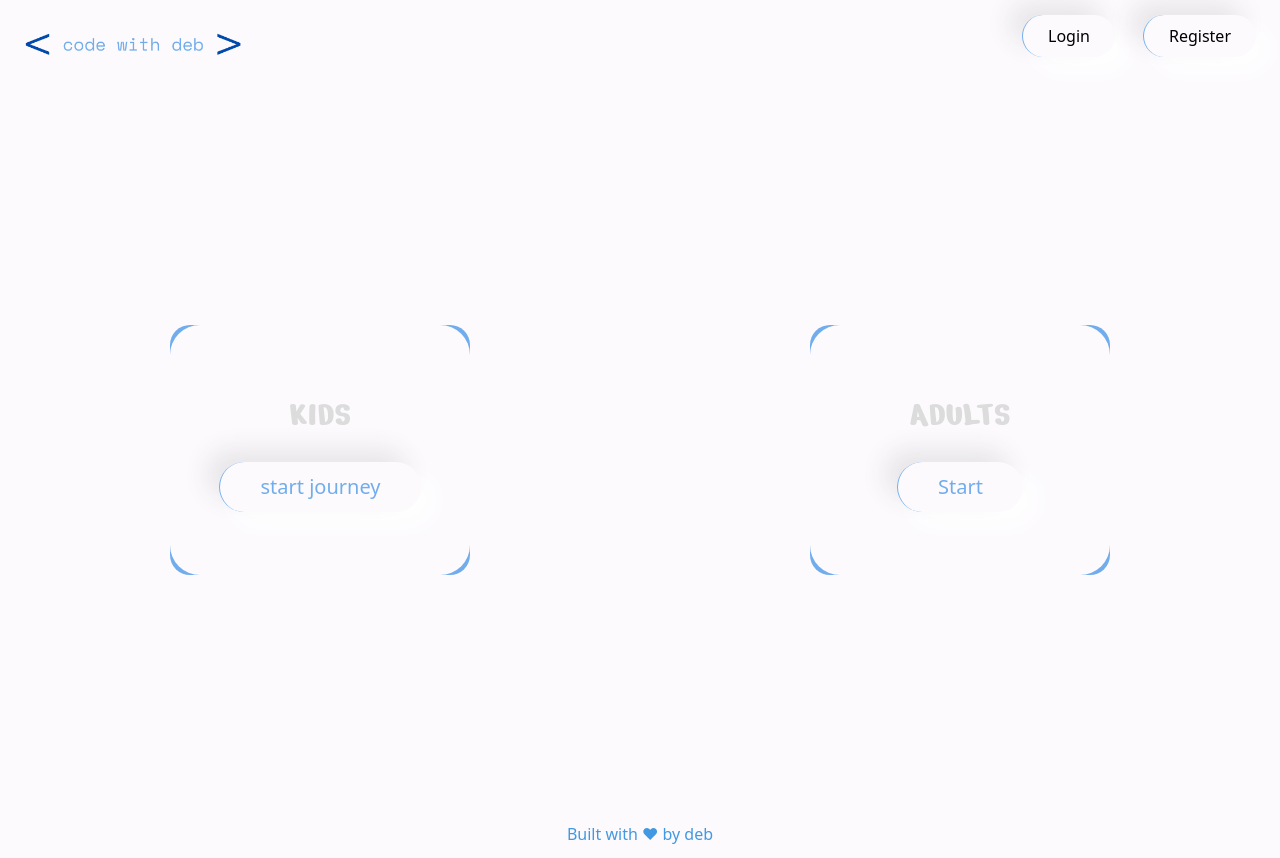
Repository: latenightsnacc/codewithdeb
Page: index.html
The author's editor kept a copy of each file at every save. The page is drawn from the files as they stood at one save, then again after the next save.
The browser window is 1280 px wide. The pictures show the whole page.
The style sheet was rebuilt from its Sass, Less or Tailwind sources for each picture, by a compiler version that may differ from the author's.

Above is the page before, as saved 2020-11-25 17:49:41.

### index.html
<!DOCTYPE html>
<html lang="en">
<head>
    <meta charset="UTF-8">
    <meta name="viewport" content="width=device-width, initial-scale=1.0">
    <!--Tailwind CDN-->
    <link rel="stylesheet" href="https://cdnjs.cloudflare.com/ajax/libs/tailwindcss/1.9.6/base.min.css" integrity="sha512-hEjkvMSM0ql6VJcNK0gTmjt9ar8F2yHeBUbJKtyvQhkkbGMhiJ4+MaiB8XxsthLAHJx5vy2I9dN0un8HiWG2LA==" crossorigin="anonymous" />
    <link rel="stylesheet" href="https://cdnjs.cloudflare.com/ajax/libs/tailwindcss/1.9.6/components.min.css" integrity="sha512-TizAONqhvXjEfRPhptSUkZNVU497PzAnXNGNUoeOjeni4dHpJ+ak+ZsyoGna20LH/yg1PvdufN1VbnVQeVDftg==" crossorigin="anonymous" />
    <link rel="stylesheet" href="https://cdnjs.cloudflare.com/ajax/libs/tailwindcss/1.9.6/tailwind.css" integrity="sha512-HY1FOTeAX9idUBWDhVDrBg8QUHBisKVQ4BCVj1jFo5z76mk87w4Rr5YGP8nBkcGmoMzqYvdeXHMOg/olF45z3g==" crossorigin="anonymous" />
    <link rel="stylesheet" href="https://cdnjs.cloudflare.com/ajax/libs/tailwindcss/1.9.6/utilities.min.css" integrity="sha512-0QJfuLKyYJWGB5hKArJW67xqMLDlR8YaLM/ZuW2mRn4NRwHNsGm7UuREc5Fu7jONHyewPKnGODY0N8G+FQbfxg==" crossorigin="anonymous" />
    <link rel="stylesheet" href="styling/stylesheet.css">
    <title>Welcome to Code with Deb</title>
</head>
<body class="overflow-x-hidden light-bg">
    <!--Header-->
    <nav class="container">
        <div class="nav  w-full flex flex-row justify-between p-5">
            <!--Logo-->
            <a href="index.html" class="logo">
                <img src="assets/logo/codewithdebSm.png" alt="code with deb logo">
            </a>
            <ul class="menu flex flex-row">
                <li class="nav-item m-1">
                    <a href="login.html" class="nav-link">Login</a>
                </li>
                <li class="nav-item m-1">
                    <a href="login.html" class="nav-link">Register</a>
                </li>
            </ul>
        </div>
    </nav>
    <!--End of Header-->

     <!--Content-->
    <main class="wrapper">
        <div class="container ">
            <div class="flex flex-row w-screen">
                <div class="w-1/2 h-screen flex items-center justify-center">
                    <div class="box">
                        <div class="door-shadow"></div>
                        <div class="door">
                            <h1 class="text-4xl">Kids</h1>
                            <a href="#" class="btn" >start journey</a>
                        </div>
                    </div>
                </div>
                <div class="w-1/2 h-screen flex items-center justify-center">
                    <div class="box">
                        <div class="door-shadow"></div>
                        <div class="door">
                            <h1 class="text-4xl">Adults</h1>
                            <a href="#" class="btn" >Start</a>
                        </div>
                    </div>
                </div>
            </div>
        </div>
    </main>
    <!--End of content-->

    <footer class="footer">
        <div class="container">
            <p class="text-center p-3 text-blue-500">Built with &hearts; by deb</p>
        </div>
    </footer>

    <!--Bootstrap Scripts-->
    <script src="https://code.jquery.com/jquery-3.5.1.slim.min.js" integrity="sha384-DfXdz2htPH0lsSSs5nCTpuj/zy4C+OGpamoFVy38MVBnE+IbbVYUew+OrCXaRkfj" crossorigin="anonymous"></script>
    <script src="https://cdn.jsdelivr.net/npm/popper.js@1.16.1/dist/umd/popper.min.js" integrity="sha384-9/reFTGAW83EW2RDu2S0VKaIzap3H66lZH81PoYlFhbGU+6BZp6G7niu735Sk7lN" crossorigin="anonymous"></script>
    <script src="https://cdn.jsdelivr.net/npm/bootstrap@4.5.3/dist/js/bootstrap.min.js" integrity="sha384-w1Q4orYjBQndcko6MimVbzY0tgp4pWB4lZ7lr30WKz0vr/aWKhXdBNmNb5D92v7s" crossorigin="anonymous"></script>
</body>
</html>

### styling/stylesheet.scss
@import 'variables';

.light-bg {
    background-color: $light;
}
.dark-bg {
    background-color: $dark;
}
.nav-link {
    padding: 10px 25px;
    box-shadow: $bsIn;
    margin-left: 20px;
    border-radius: 30px;
    border-left: 1px $blue solid;

    &:hover {
        transition-property: all;
        transform-style: preserve-3d;
        transition-duration: 500ms;
        border: 1px $blue solid;
    }
}
.logo {
    img {
        max-height: 50px;
    }
}
.box {
    position: relative;
}
.door, .door-shadow {
    width: 300px;
    height: 250px;
}
.door-shadow {
    background-color: $blue;
    position: absolute;
    z-index: -10;
    border-radius: 20px;

}
.door {

    border-radius: 30px;
    background-color: $light;
    z-index: 10;
    display: flex;
    align-items: center;
    justify-content: center;
    flex-direction: column;
    h1 {
        color: gainsboro;
        text-transform: uppercase;
        margin-bottom: 20px;
        font-family: $fontKids;
    }
    &:hover {
        h1 {
            color: black;
        }

        .door-shadow {
            background-color: $blue2;
        }
    }
}
.btn {
    color: $blue;
    padding: 10px 40px;
    border-radius: 30px;
    font-size: 20px;
    box-shadow: $bsIn;
    border-left: 1px solid $blue;

    &:hover {
        background-color: $blue2;
        box-shadow: $bsOut;
        color: $light;
    }
}

### styling/_variables.scss
@import url('https://fonts.googleapis.com/css2?family=Nerko+One&display=swap');
$fontKids: 'Nerko One', cursive;
$light: #fcfafd;
$dark: #000000;
$bsIn: -13px -13px 25px #e8e6e9,
13px 13px 25px #ffffff;
$bsOut: -13px -13px 25px #d6d5d7,
13px 13px 25px #ffffff;
$bSoftB: -13px -13px 25px #71aded65,
13px 13px 25px #71aded65;
$blue: #71aded;
$blue2: #0263e4;

After the next save:
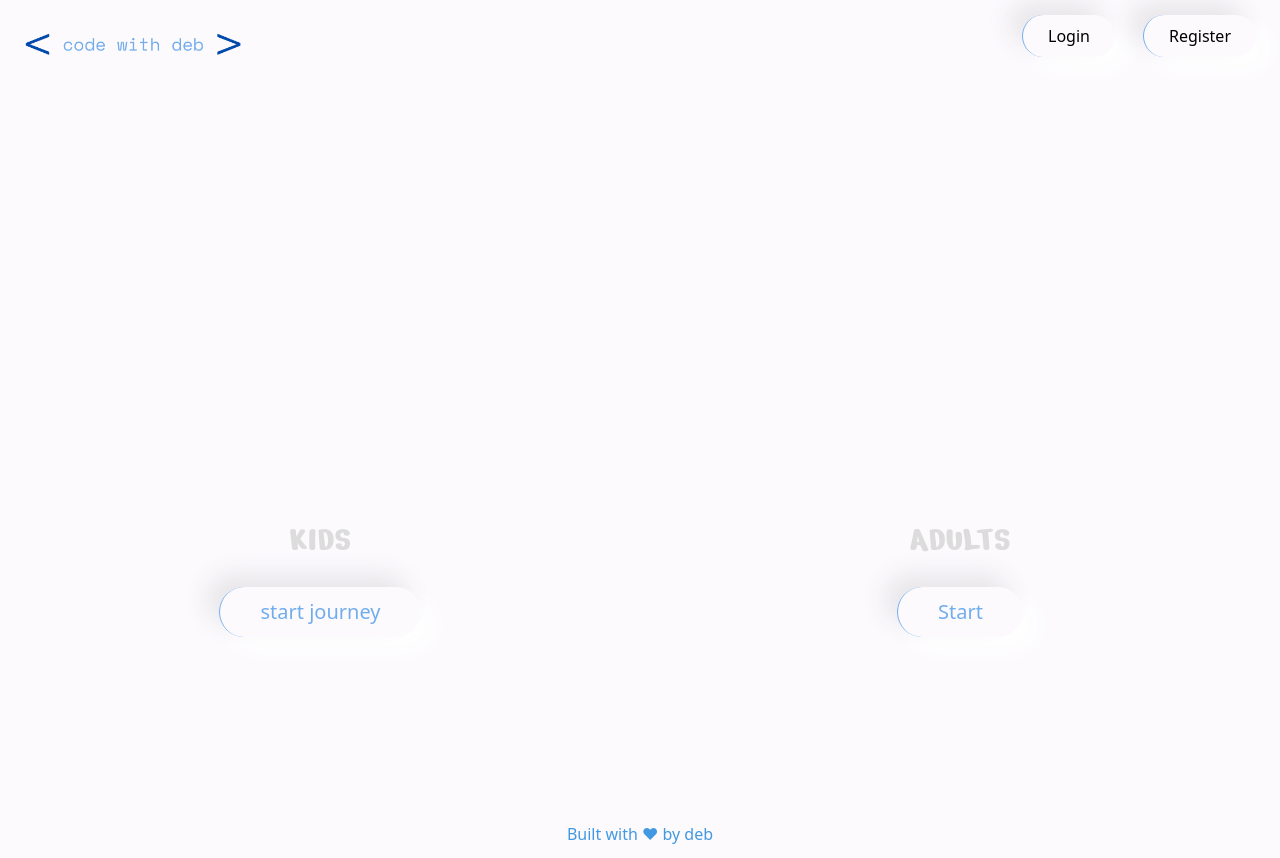
Saved 3 min 21 s later.
--- a/styling/stylesheet.scss
+++ b/styling/stylesheet.scss
@@ -32,13 +32,13 @@
     width: 300px;
     height: 250px;
 }
-.door-shadow {
-    background-color: $blue;
-    position: absolute;
-    z-index: -10;
-    border-radius: 20px;
+// .door-shadow {
+//     background-color: $blue;
+//     position: absolute;
+//     z-index: -10;
+//     border-radius: 20px;
 
-}
+// }
 .door {
 
     border-radius: 30px;
